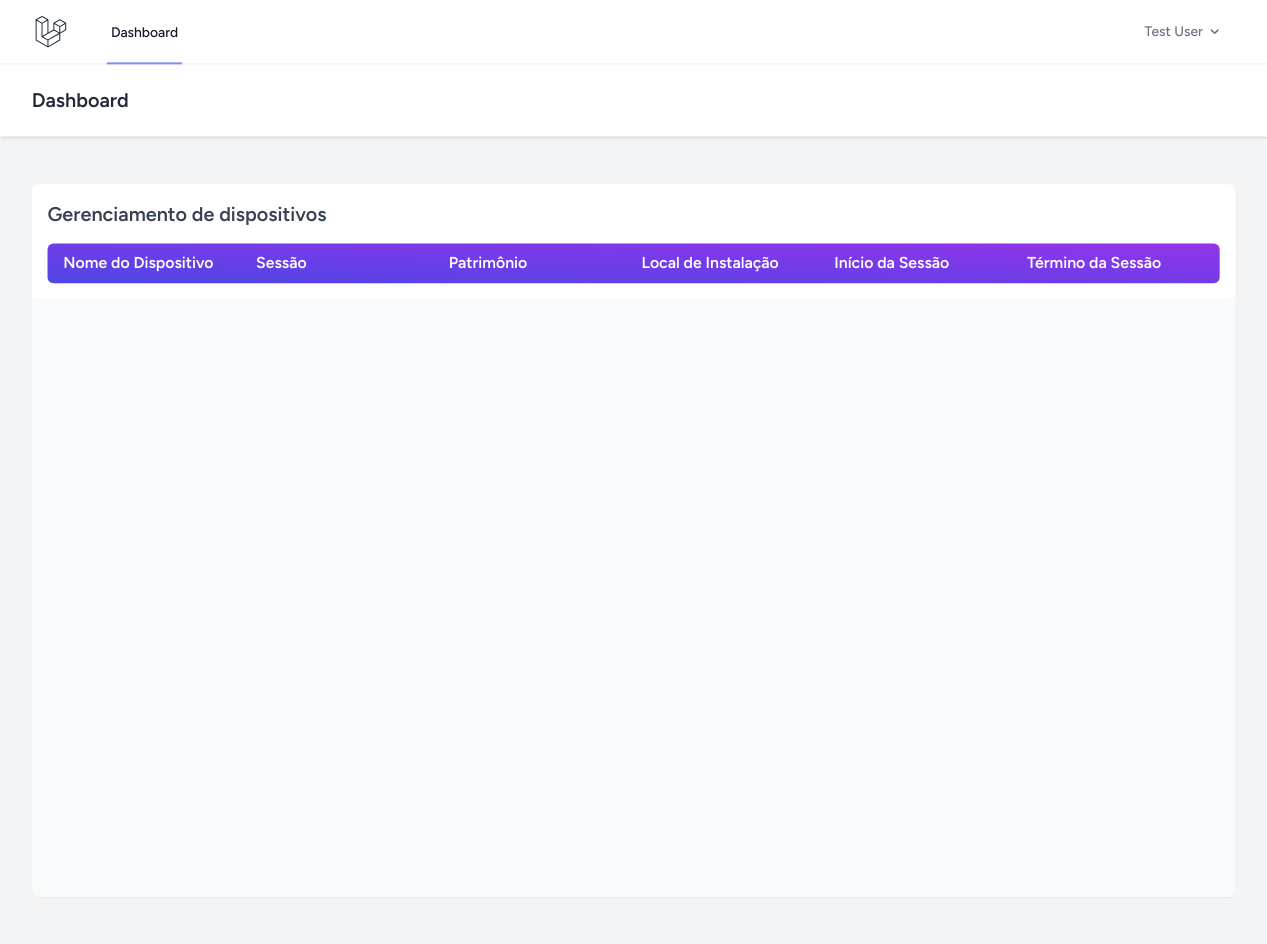
Repository: CrisMorgantee/device-logs
Page: http://localhost/dashboard
These files come from the project's save history. The page is drawn as it stood at one moment and after the next save; the edit follows.
The browser window is 1280 px wide. The pictures show the whole page, at 99% of full size.
The page is served by the project's Laravel application, run on PHP 8.4 with Laravel 10. A made-up administrator, Test User (test@example.com), is signed in. Other server files are loaded and not shown. Style sheets and scripts are compiled from the project's sources, by tool versions that may differ from the author's. Queries for data that is not in the repository find no rows.

Above is the page before, as saved 2023-04-14 22:38:36.

### routes/web.php
<?php

use App\Http\Controllers\ProfileController;
use App\Http\Controllers\DeviceLogsController;
use Illuminate\Support\Facades\Route;

/*
|--------------------------------------------------------------------------
| Web Routes
|--------------------------------------------------------------------------
|
| Here is where you can register web routes for your application. These
| routes are loaded by the RouteServiceProvider and all of them will
| be assigned to the "web" middleware group. Make something great!
|
*/

Route::get('/', function () {
    return view('auth.login');
});

Route::get('/dashboard', [DeviceLogsController::class, 'index'])->middleware(['auth', 'verified'])->name('dashboard');

Route::middleware('auth')->group(function () {
    Route::get('/profile', [ProfileController::class, 'edit'])->name('profile.edit');
    Route::patch('/profile', [ProfileController::class, 'update'])->name('profile.update');
    Route::delete('/profile', [ProfileController::class, 'destroy'])->name('profile.destroy');
});

require __DIR__.'/auth.php';

### app/Http/Controllers/DeviceLogsController.php
<?php

namespace App\Http\Controllers;

use App\Models\DeviceLogs;
use Illuminate\Http\Request;

class DeviceLogsController extends Controller
{
    /**
     * Display a listing of the resource.
     */
    public function index()
    {
        $logs = DeviceLogs::all();

        return view('dashboard', ['logs' => $logs]);
    }

    /**
     * Show the form for creating a new resource.
     */
    public function create()
    {
        //
    }

    /**
     * Store a newly created resource in storage.
     */
    public function store(Request $request)
    {
        //
    }

    /**
     * Display the specified resource.
     */
    public function show(DeviceLogs $deviceLogs)
    {
        //
    }

    /**
     * Show the form for editing the specified resource.
     */
    public function edit(DeviceLogs $deviceLogs)
    {
        //
    }

    /**
     * Update the specified resource in storage.
     */
    public function update(Request $request, DeviceLogs $deviceLogs)
    {
        //
    }

    /**
     * Remove the specified resource from storage.
     */
    public function destroy(DeviceLogs $deviceLogs)
    {
        //
    }
}

### app/Models/DeviceLogs.php
<?php

namespace App\Models;

use Illuminate\Database\Eloquent\Factories\HasFactory;
use Illuminate\Database\Eloquent\Model;

class DeviceLogs extends Model
{
    use HasFactory;

    public $fillable = [
        'machine_name',
        'session',
        'patrimony',
        'location'
    ];


    protected $dates = [
      'start_session_at',
      'end_session_at'
  ];

}

### resources/views/dashboard.blade.php
<x-app-layout>
  <x-slot name="header">
    <h2 class="text-xl font-semibold leading-tight text-gray-800">
      {{ __('Dashboard') }}
    </h2>
  </x-slot>

  <div class="py-12">
    <div class="mx-auto max-w-7xl sm:px-6 lg:px-8">
      <div class="overflow-hidden bg-white shadow-sm sm:rounded-lg">
        <div class="min-h-screen bg-gray-50">
          <div class="rounded-md bg-white p-4">
            <h2 class="mb-4 text-xl font-bold text-gray-700">Gerenciamento de dispositivos</h2>

            <div
              class="text-md grid grid-cols-12 gap-4 rounded-md bg-gradient-to-tr from-indigo-600 to-purple-600 py-2 px-4 font-bold text-white">
              <div class="col-span-2">
                <span>Nome do Dispositivo</span>
              </div>
              <div class="col-span-2">
                <span>Sessão</span>
              </div>
              <div class="col-span-2">
                <span>Patrimônio</span>
              </div>
              <div class="col-span-2">
                <span>Local de Instalação</span>
              </div>
              <div class="col-span-2">
                <span>Início da Sessão</span>
              </div>
              <div class="col-span-2">
                <span>Término da Sessão</span>
              </div>
            </div>
            <div>
              @foreach ($logs as $deviceLog)
                <div class="mt-4 flex justify-between space-x-4 border-t text-sm font-normal">
                  <div class="flex px-2">
                    <span>{{ $deviceLog->machine_name }}</span>
                  </div>
                  <div>
                    <span>{{ $deviceLog->session }}</span>
                  </div>
                  <div class="px-2">
                    <span>{{ $deviceLog->patrimony }}</span>
                  </div>
                  <div class="px-2">
                    <span>{{ $deviceLog->location }}</span>
                  </div>
                  <div class="px-2">
                    <span>{{ $deviceLog->start_session_at }}</span>
                  </div>
                  <div class="px-2">
                    <span>{{ $deviceLog->end_session_at }}</span>
                  </div>
                </div>
              @endforeach
            </div>
          </div>
        </div>
      </div>
    </div>

</x-app-layout>

Loaded but not shown: app/Providers/AppServiceProvider.php (common file); routes/auth.php (common file); app/Http/Controllers/Auth/EmailVerificationPromptController.php (common file); app/Http/Controllers/Controller.php (common file); app/Http/Controllers/Auth/VerifyEmailController.php (common file); app/Models/User.php (common file); app/View/Components/AppLayout.php (common file); resources/views/layouts/app.blade.php (common file); resources/views/layouts/navigation.blade.php (common file); resources/views/components/application-logo.blade.php (common file); resources/views/components/nav-link.blade.php (common file); resources/views/components/dropdown-link.blade.php (common file); resources/views/components/dropdown.blade.php (common file); resources/views/components/responsive-nav-link.blade.php (common file); resources/css/app.css (common file); tailwind.config.js (common file); resources/js/app.js (common file); resources/js/bootstrap.js (common file)

After the next save:
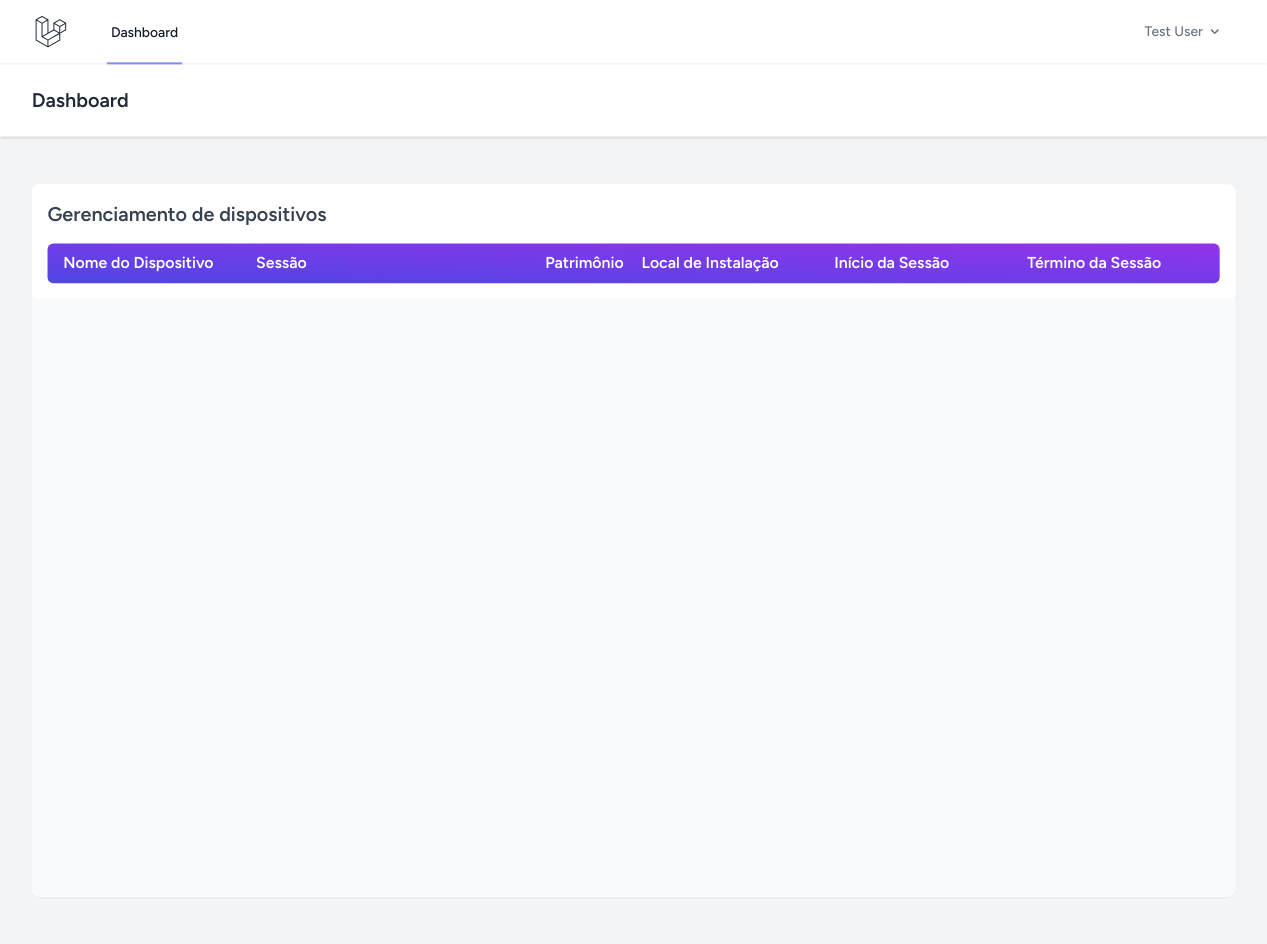
Saved 26 s later.
--- a/resources/views/dashboard.blade.php
+++ b/resources/views/dashboard.blade.php
@@ -17,10 +17,10 @@
               <div class="col-span-2">
                 <span>Nome do Dispositivo</span>
               </div>
-              <div class="col-span-2">
+              <div class="col-span-3">
                 <span>Sessão</span>
               </div>
-              <div class="col-span-2">
+              <div class="col-span-1">
                 <span>Patrimônio</span>
               </div>
               <div class="col-span-2">
